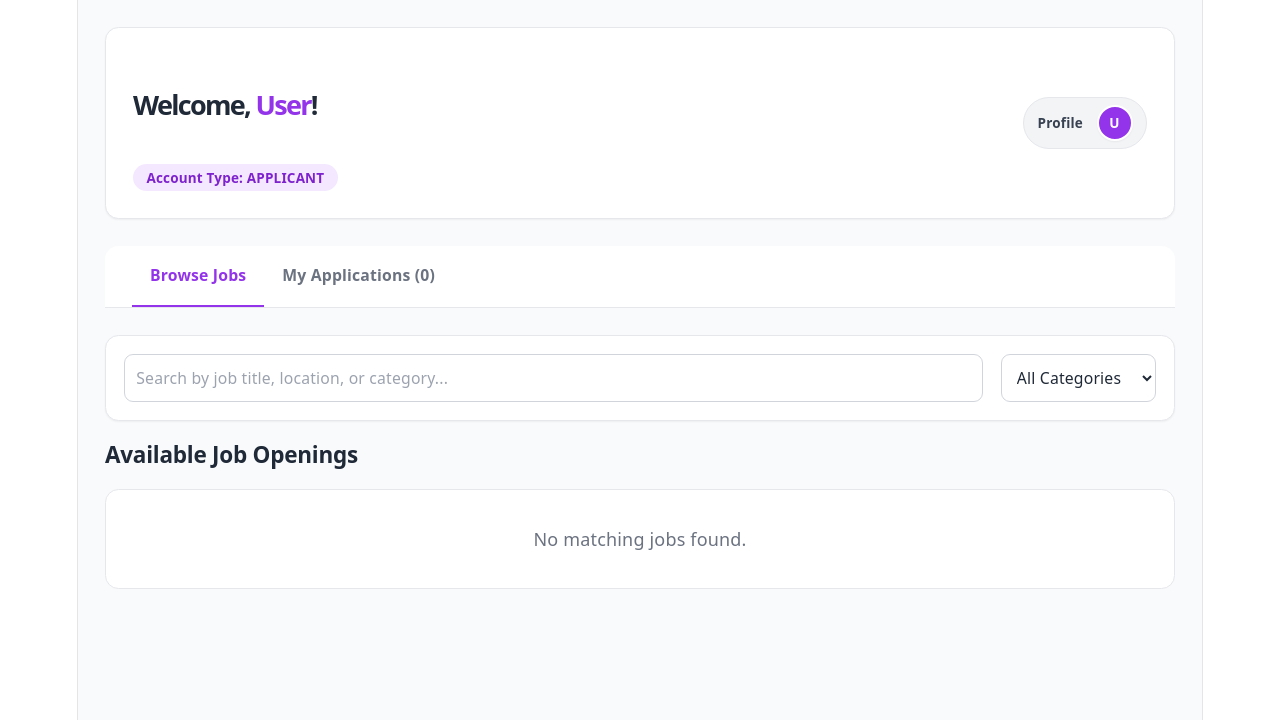
Repository: mdkawsarjomadder/job-portal
Page: /dashboard (app in job-portal/frontend/)
An editor plug-in stored every save of this project. The page is shown before and after the next save, followed by the edit.
The browser window is 1280 px wide. The pictures show the whole page.
The page's requests for data from a server got no answer. The project was rebuilt for these pictures with package versions that can differ from the ones it lists, and the page was loaded fresh each time. No one was signed in, and anything a server would have sent is missing. Also part of the build but not shown: job-portal/frontend/vite.config.js, job-portal/frontend/src/pages/Login.jsx, job-portal/frontend/src/pages/Register.jsx, job-portal/frontend/src/pages/EmployerDashboard.jsx, job-portal/frontend/src/pages/MyApplications.jsx, job-portal/frontend/src/pages/CreateJob.jsx, job-portal/frontend/src/pages/Home.jsx. Imported but missing from the stored project, and not drawn on this page: job-portal/frontend/src/pages/Profile.

Above is the page before, as saved 2026-09-18 20:04:07.

After the next save:
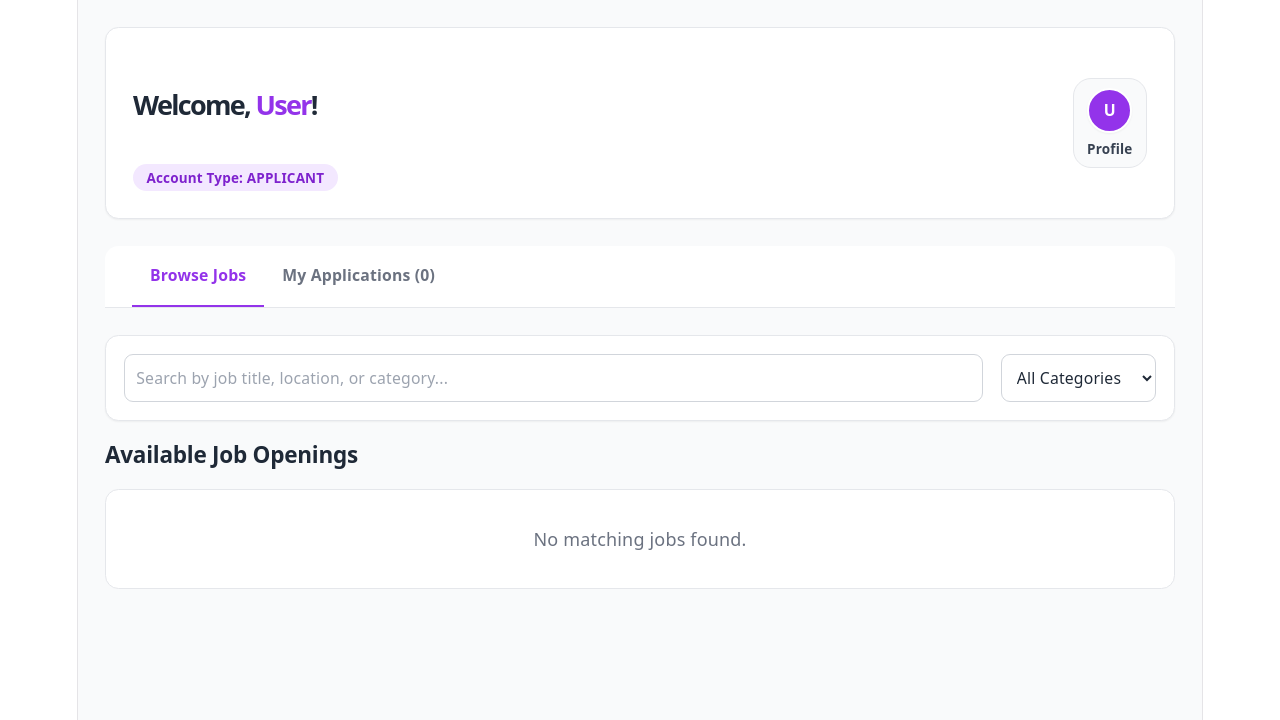
Saved 22 s later.
--- a/job-portal/frontend/src/pages/ApplicantDashboard.jsx
+++ b/job-portal/frontend/src/pages/ApplicantDashboard.jsx
@@ -181,63 +181,64 @@ export default function ApplicantDashboard() {
           </div>
 
           {/* User Profile Dropdown Button */}
-          {/* User Profile Dropdown Button */}
-        <div className="relative" ref={dropdownRef}>
-          <button
-            onClick={() => setIsDropdownOpen(!isDropdownOpen)}
-            className="flex items-center gap-3 px-3 py-1.5 bg-gray-100 hover:bg-gray-200 border border-gray-200 rounded-full transition focus:outline-none"
-          >
-            {/* Name on Left */}
-            <span className="text-xs font-bold text-gray-700 max-w-[120px] truncate">
-              {user?.name || 'Profile'}
-            </span>
-
-            {/* Avatar Image/Letter on Right */}
-            <div className="w-8 h-8 rounded-full bg-purple-600 text-white font-extrabold text-xs flex items-center justify-center border-2 border-white shadow-sm overflow-hidden shrink-0">
-              {user?.avatar ? (
-                <img src={user.avatar} alt={user.name} className="w-full h-full object-cover" />
-              ) : (
-                user?.name?.charAt(0).toUpperCase() || 'U'
-              )}
-            </div>
-          </button>
-
-          {/* Dropdown Menu */}
-          {isDropdownOpen && (
-            <div className="absolute right-0 mt-2 w-56 bg-white rounded-2xl shadow-xl border border-gray-100 py-2 z-50">
-              <div className="px-4 py-3 border-b border-gray-100 flex items-center gap-3">
-                <div className="w-10 h-10 rounded-full bg-purple-100 text-purple-700 font-extrabold text-sm flex items-center justify-center shrink-0">
-                  {user?.name?.charAt(0).toUpperCase() || 'U'}
-                </div>
-                <div className="overflow-hidden">
-                  <p className="text-sm font-bold text-gray-800 truncate">{user?.name}</p>
-                  <p className="text-[11px] font-medium text-purple-600 truncate">
-                    {user?.role || 'APPLICANT'}
-                  </p>
-                </div>
-              </div>
-
-              <div className="px-1.5 py-1">
-                <button
-                  onClick={() => {
-                    setIsDropdownOpen(false);
-                    navigate('/profile');
-                  }}
-                  className="w-full text-left px-3 py-2 text-xs font-semibold text-gray-700 hover:bg-gray-50 rounded-xl transition flex items-center gap-2"
-                >
-                  ✏️ Edit Profile
-                </button>
-
-                <button
-                  onClick={handleLogout}
-                  className="w-full text-left px-3 py-2 text-xs font-semibold text-red-600 hover:bg-red-50 rounded-xl transition flex items-center gap-2 mt-0.5"
-                >
-                  🚪 Logout
-                </button>
-              </div>
-            </div>
-          )}
-        </div>
+        {/* Vertical Profile Dropdown Button */}
+<div className="relative" ref={dropdownRef}>
+  <button
+    onClick={() => setIsDropdownOpen(!isDropdownOpen)}
+    className="flex flex-col items-center gap-1.5 p-2 px-3 bg-gray-50 hover:bg-gray-100 border border-gray-200 rounded-2xl transition focus:outline-none"
+  >
+    {/* Profile Image/Avatar (Top) */}
+    <div className="w-10 h-10 rounded-full bg-purple-600 text-white font-extrabold text-sm flex items-center justify-center border-2 border-white shadow-sm overflow-hidden shrink-0">
+      {user?.avatar ? (
+        <img src={user.avatar} alt={user.name} className="w-full h-full object-cover" />
+      ) : (
+        user?.name?.charAt(0).toUpperCase() || 'U'
+      )}
+    </div>
+
+    {/* User Name (Bottom) */}
+    <span className="text-xs font-bold text-gray-700 max-w-[100px] truncate text-center">
+      {user?.name || 'Profile'}
+    </span>
+  </button>
+
+  {/* Dropdown Menu */}
+  {isDropdownOpen && (
+    <div className="absolute right-0 mt-2 w-56 bg-white rounded-2xl shadow-xl border border-gray-100 py-2 z-50">
+      <div className="px-4 py-3 border-b border-gray-100 flex items-center gap-3">
+        <div className="w-10 h-10 rounded-full bg-purple-100 text-purple-700 font-extrabold text-sm flex items-center justify-center shrink-0">
+          {user?.name?.charAt(0).toUpperCase() || 'U'}
+        </div>
+        <div className="overflow-hidden">
+          <p className="text-sm font-bold text-gray-800 truncate">{user?.name}</p>
+          <p className="text-[11px] font-medium text-purple-600 truncate">
+            {user?.role || 'APPLICANT'}
+          </p>
+        </div>
+      </div>
+
+      <div className="px-1.5 py-1">
+        <button
+          onClick={() => {
+            setIsDropdownOpen(false);
+            navigate('/profile');
+          }}
+          className="w-full text-left px-3 py-2 text-xs font-semibold text-gray-700 hover:bg-gray-50 rounded-xl transition flex items-center gap-2"
+        >
+          ✏️ Edit Profile
+        </button>
+
+        <button
+          onClick={handleLogout}
+          className="w-full text-left px-3 py-2 text-xs font-semibold text-red-600 hover:bg-red-50 rounded-xl transition flex items-center gap-2 mt-0.5"
+        >
+          🚪 Logout
+        </button>
+      </div>
+    </div>
+  )}
+</div>
+
         </div>
 
         {/* Navigation Tabs */}
